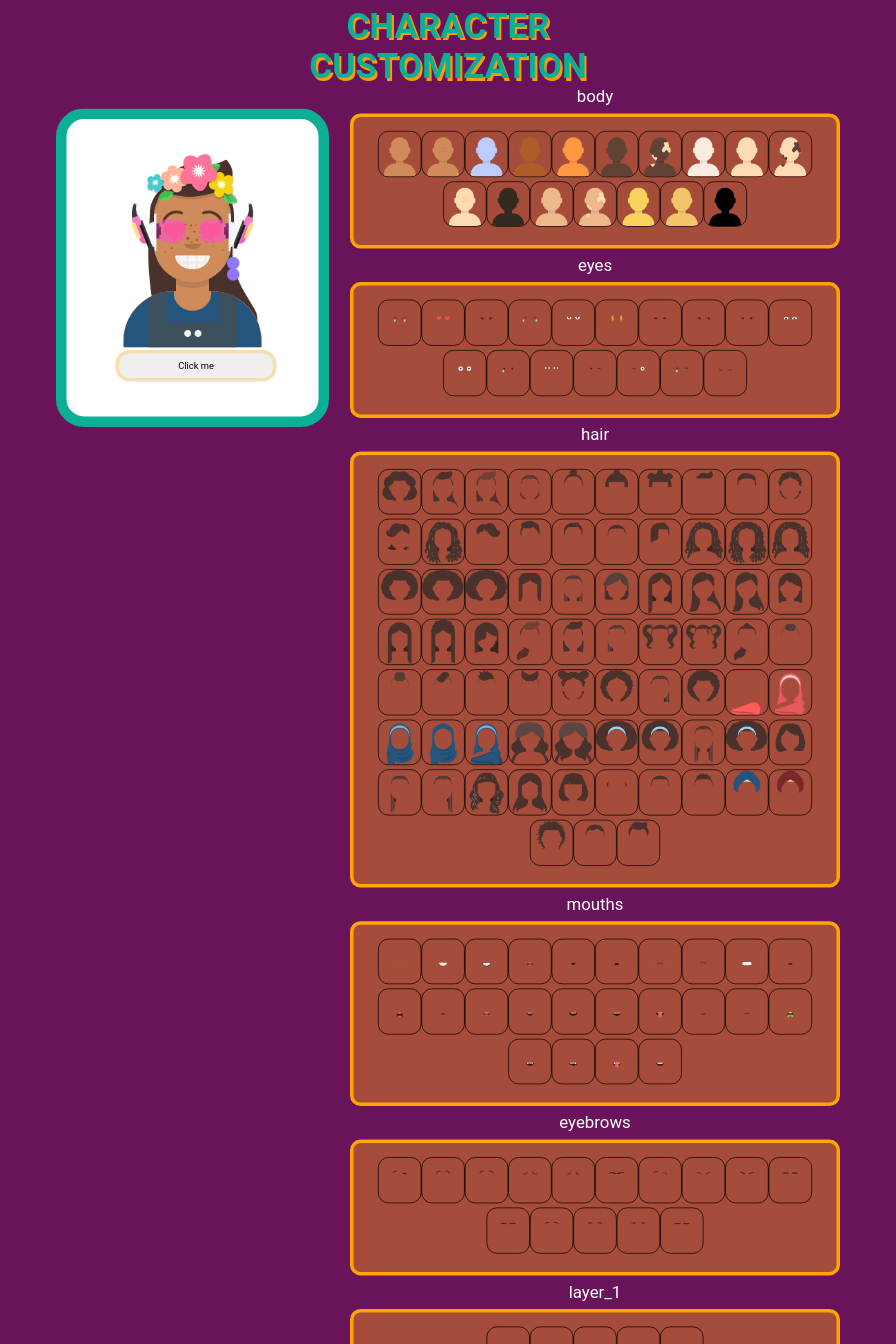
Repository: Kamaric112/react_clothing
Page: /
These files come from the project's save history. The page is drawn as it stood at one moment and after the next save; the edit follows.
The browser window is 1280 px wide. The pictures show the part of the page from y = 0 to 1920 px (the page is 3287 px tall), at 70% of full size.
The project was rebuilt for these pictures with package versions that can differ from the ones it lists, and the page was loaded fresh each time.

Above is the page before, as saved 2022-08-29 21:08:18.

### src/index.js
import React from "react";
import ReactDOM from "react-dom/client";
import App from "./components/App";

const root = ReactDOM.createRoot(document.getElementById("root"));

root.render(<App />);

### src/components/App.js
import React from "react";
import Header from "./Header";
import "./App.css";
import Avatar from "./Avatar";
import PartList from "./PartList";
import {useState} from "react"

const total = {
  body: 17,
  eyes: 17,
  hair: 73,
  mouths: 24,
  eyebrows: 15,
  hats: 28,
  glasses: 17,
  clothing1: 5,
  clothing2: 5,
  clothing3: 9,
};

function App() {


const [eyes, setEyes] = useState(2)
const [body, setBody] = useState(2)
const [layer_1, setLayer_1] = useState(2)
const [layer_2, setLayer_2] = useState(2)
const [layer_3, setLayer_3] = useState(2)
const [mouths, setMouths] = useState(2)
const [glasses, setGlasses] = useState(2)
const [hair, setHair] = useState(2)
const [eyebrows, setEyebrows] = useState(2)

const [earrings, setEarrings] = useState(2)
const [hats, setHats] = useState(2)
const randomize = () => {
    setBody(Math.floor((Math.random() * total.body )+1));
		setEyes(Math.floor((Math.random() * total.eyes)+1));
		setEyebrows(Math.floor((Math.random() * total.eyebrows)+1));
		setHair(Math.floor((Math.random() * total.hair)+1));
		setMouths(Math.floor((Math.random() * total.mouths)+1));
		setGlasses(Math.floor((Math.random() * total.glasses)+1));
		setLayer_1(Math.floor((Math.random() * total.clothing1)+1));
		setLayer_2(Math.floor((Math.random() * total.clothing2)+1));
		setLayer_3(Math.floor((Math.random() * total.clothing3)+1));
    setHats(Math.floor((Math.random() * total.hats)+1));

}




const handleClick = (e) => {
  console.log(e.target.src) //change states when clicked corresponding clothing
  const imageUrl = e.target.src
  console.log(imageUrl.split('/').pop().split('.')[0]) // split the src based on "/" then remove the last element, then split that element based on "." then choose the 1st element
}



  return (
    <div className="App">
      <Header />
      <div className="total-style">
        <Avatar eyes = {eyes} body = {body} layer_1 = {layer_1} layer_2 = {layer_2} layer_3 ={layer_3} mouths = {mouths} glasses = {glasses} hair = {hair} earrings = {earrings} hats = {hats} eyebrows= {eyebrows} randomize = {randomize}/>


        <div>
        <PartList type = "body" total ="17" index = "1" handleClick={(e) => setBody(e.target.src.split('/').pop().split('.')[0])} />
        <PartList type = "eyes" total ="17" index = "1" handleClick={(e) => setEyes(e.target.src.split('/').pop().split('.')[0])}/>
        <PartList type = "hair" total ="73" index = "1" handleClick={(e) => setHair(e.target.src.split('/').pop().split('.')[0])}/>
        <PartList type = "mouths" total ="24" index = "1" handleClick={(e) => setMouths(e.target.src.split('/').pop().split('.')[0])}/>
        <PartList type = "eyebrows" total ="15" index = "1" handleClick={(e) => setEyebrows(e.target.src.split('/').pop().split('.')[0])}/>
        <PartList type = "layer_1" total ="5" index = "1" handleClick={(e) => setLayer_1(e.target.src.split('/').pop().split('.')[0])}/>
        <PartList type = "layer_2" total ="5" index = "1" handleClick={(e) => setLayer_2(e.target.src.split('/').pop().split('.')[0])}/>
        <PartList type = "layer_3" total ="9" index = "1" handleClick={(e) => setLayer_3(e.target.src.split('/').pop().split('.')[0])}/>
        <PartList type = "earrings" total ="32" index = "1" handleClick={(e) => setEarrings(e.target.src.split('/').pop().split('.')[0])}/>
        <PartList type = "hats" total ="28" index = "1" handleClick={(e) => setHats(e.target.src.split('/').pop().split('.')[0])} />
        <PartList type = "glasses" total ="17" index = "1" handleClick={(e) => setGlasses(e.target.src.split('/').pop().split('.')[0])}/>

        </div>


      </div>
    </div>
  );
}

export default App;

### src/components/Header.js
import React from "react";

function Header() {
  return (
    <>
      <div className="title">CHARACTER</div>
      <div className="subtitle">CUSTOMIZATION</div>
    </>
  );
}

export default Header;

### src/components/App.css
*,
*::after,
*::before {
  box-sizing: content-box;
  font-family: "Roboto", sans-serif;
}

body {
	background-color: rgb(105, 19, 91);
}

.App {
	max-width: 1200px;
	margin: 0 auto;
	display: flex;
	flex-direction: column;
	align-items: center;
}

.subtitle,
.title {
  text-align: center;
}

.title,
.subtitle {
  color: #0baf94;
  font-size: 50px;
  font-weight: 700;
  text-shadow: 3px 3px #f90;
}

.total-style {
  display: flex;

  justify-content: center;
  gap: 30px;
}

.avatar {
	width: 260px;
	height: 280px;
	position: relative;
}

.avatar-wrapper {
	border-radius: 40px;
	display: inline-block;
	border: 15px solid rgb(11, 175, 148);
	padding: 50px;
	position: sticky;
	background-color: #fff;
	top: calc(50% - 205px);
}

.avatar-wrapper button {
  display: flex;
  justify-content: center;
  align-items: center;
  border: 5px solid wheat;
  padding: 10px;
  width: 200px;
  border-radius: 20px;
  margin-left: 20px;
}

.list-section {
  max-width: 700px;
  text-align: center;
}

.partlist {
  display: flex;
  flex-direction: column;

}

.partlist div {
  color: white;
  font-size: 1.5rem;
}
.list {
  gap: 1rem;
  background-color: rgba(255,166,9,.4);
  border: 5px solid orange;
  border-radius: 15px;
  flex-wrap: wrap;
  margin: 10px 0;
  padding: 20px;
}

.list img {
  border: 1px solid black;
  border-radius: 15px
}

.list img:hover {
  background-color: #798885;
}

### src/components/Avatar.js
import React from 'react'
import Part from './Part'

function Avatar({eyes,body,layer_1,layer_2,layer_3,mouths,glasses,hair,earrings,hats,eyebrows,randomize}) {
  return (
    <div>
      <div className="avatar-wrapper">
        <div className="avatar">
          <Part type="body" position="0" index = {body}/>
          <Part type="layer_1" position="1" index = {layer_1}/>
          <Part type="layer_2" position="1" index = {layer_2}/>
          <Part type="layer_3" position="1" index = {layer_3}/>
          <Part type="mouths" position="2" index = {mouths}/>
          <Part type="noses" position="2" index = "1"/>
          <Part type="eyes" position="2" index = {eyes}/>
          <Part type="glasses" position="3" index = {glasses}/>
          <Part type="hair" position="3" index = {hair}/>
          <Part type="earrings" position="3" index = {earrings}/>
          <Part type="hats" position="4" index = {hats}/>
          <Part type="eyebrows" position="2" index = {eyebrows}/>
        </div>
        <button onClick={randomize}>Click me </button>
      </div>
    </div>
  )
}

export default Avatar

### src/components/PartList.js
import React from 'react'


function PartList({type,index,total,handleClick}) {

  let parts=[]
  const accessories = ["hats","glasses","earrings"]
  const clothing = ["layer_1","layer_2","layer_3"]



  for (index;index<= total; index++) {
    if ( accessories.includes(type)) {
      parts.push( <img key= {index} src={`character/accessories/${type}/${index}.png`} width="60px" onClick= {handleClick} alt= {type}/>)
    } else if ( clothing.includes(type)) {
      parts.push( <img key= {index} src={`character/clothes/${type}/${index}.png`} width="60px" onClick={handleClick} alt= {type}/>)
    }
    else {
      parts.push( <img key= {index} src={`character/${type}/${index}.png`} width="60px" onClick={handleClick} alt= {type}/>)
    }
  }


  return (
      <div className="list-section">
        <div className="partlist">
          <div>{type}</div>
          <div className="list">
            {parts}
          </div>
        </div>
      </div>
  )
}

export default PartList

### src/components/Part.js
import React from 'react'

function Part({type,position,index}) {

  const accessories = ["hats","glasses","earrings"]
  const clothing = ["layer_1","layer_2","layer_3"]

  const commonStyle = {
    position: "absolute",
    width: "260px",
    zIndex: `${position}`
  }
  if ( accessories.includes(type)) {
    return (<img src={`character/accessories/${type}/${index}.png`}  alt={`${type}`}  style= {commonStyle}/>)
  } else if ( clothing.includes(type)) {
  return (<img src={`character/clothes/${type}/${index}.png`}  alt={`${type}`}  style= {commonStyle}/>)
  } else if (type ==="noses") {
    return (<img src={`character/${type}/1.png`} alt={`${type}`} style= {commonStyle}/>)
  } else {
    return (<img src={`character/${type}/${index}.png`}  alt={`${type}`} style= {commonStyle}/>)
  }
}
export default Part

Loaded but not shown: public/index.html (common file)

After the next save:
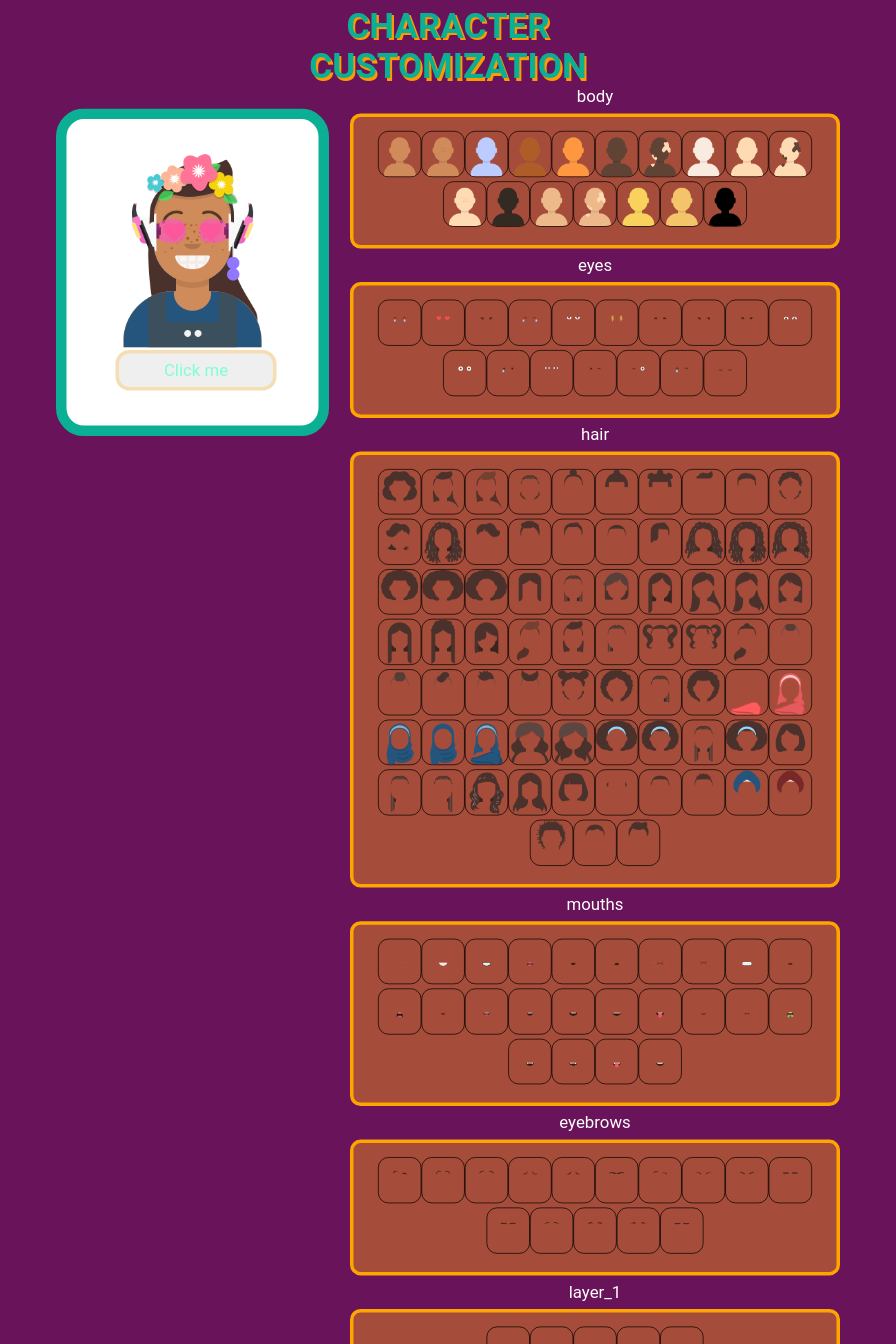
Saved 14 s later.
--- a/src/components/App.css
+++ b/src/components/App.css
@@ -62,6 +62,8 @@ body {
   width: 200px;
   border-radius: 20px;
   margin-left: 20px;
+  font-size: 1.5rem;
+  color: aquamarine;
 }
 
 .list-section {
